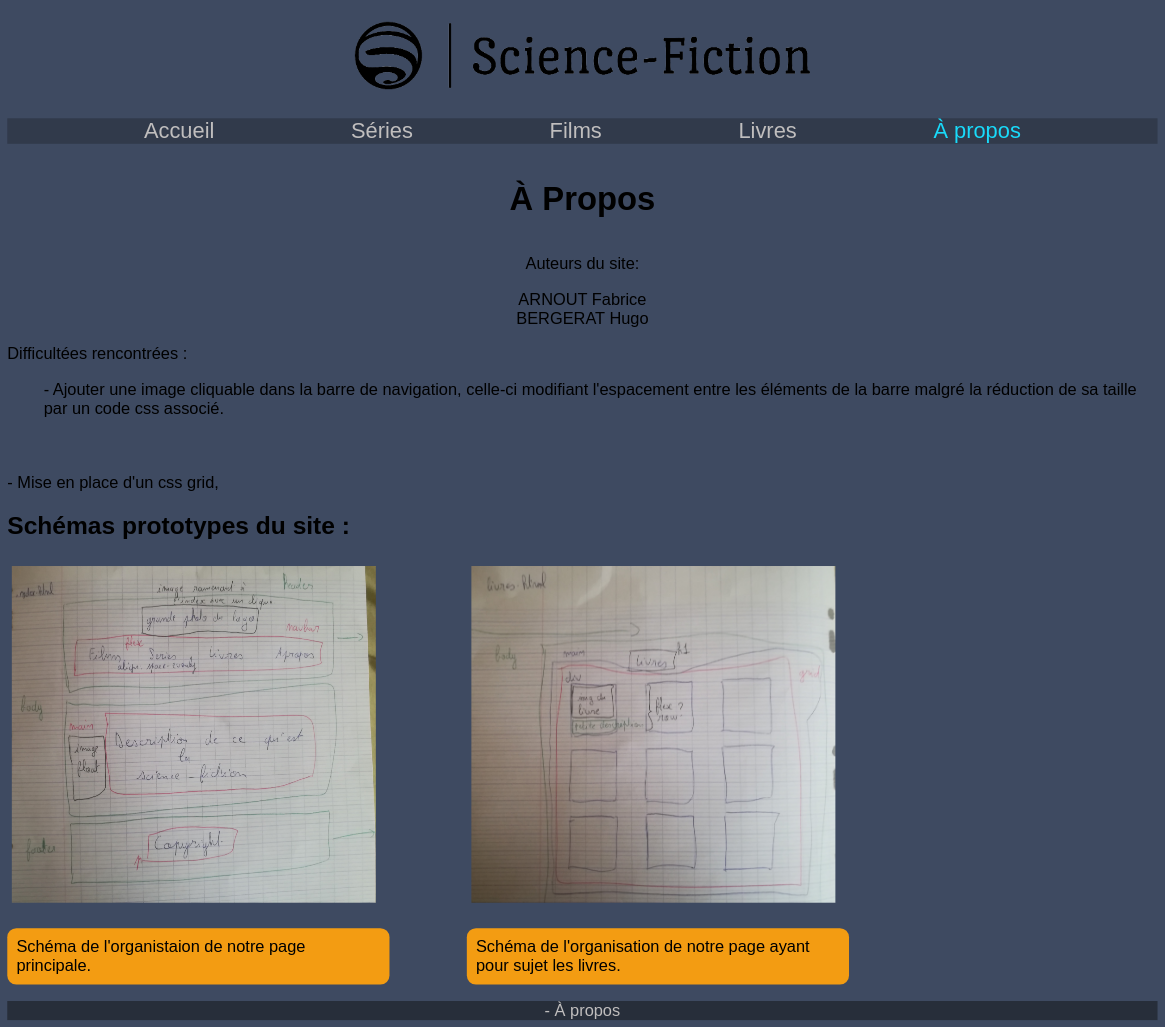
Repository: Emalios/Projet-Web
Page: html/a-propos.html
These files come from the project's save history. The page is drawn as it stood at one moment and after a run of saves; the edit follows.
The browser window is 1280 px wide. The pictures show the whole page, at 91% of full size.

Above is the page before, as saved 2020-11-11 20:07:37.

After the next 2 saves:
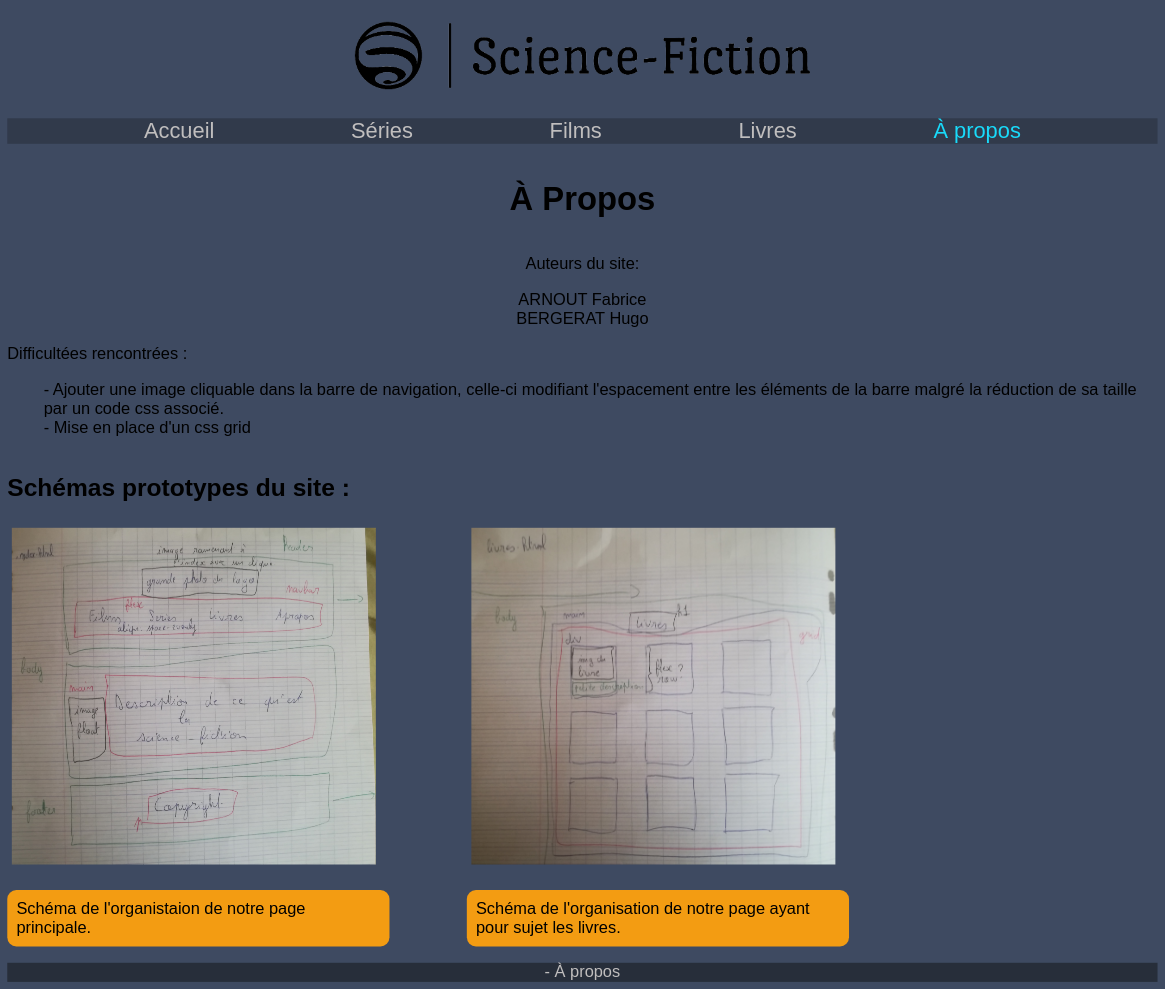
The 2 saves are shown as one change because they came seconds apart.
The last was saved 12 s later.
--- a/html/a-propos.html
+++ b/html/a-propos.html
@@ -34,9 +34,8 @@
         Difficultées rencontrées :
         <ul>
           <li>- Ajouter une image cliquable dans la barre de navigation, celle-ci modifiant l'espacement entre les éléments de la barre malgré la réduction de sa taille par un code css associé.</li>
-          <li></li>
-        </ul> <br>
-          <br> - Mise en place d'un css grid,
+          <li>- Mise en place d'un css grid</li>
+        </ul>
       </div>
     </div>
     <h2 id="sous-titre"> Schémas prototypes du site :</h2>
